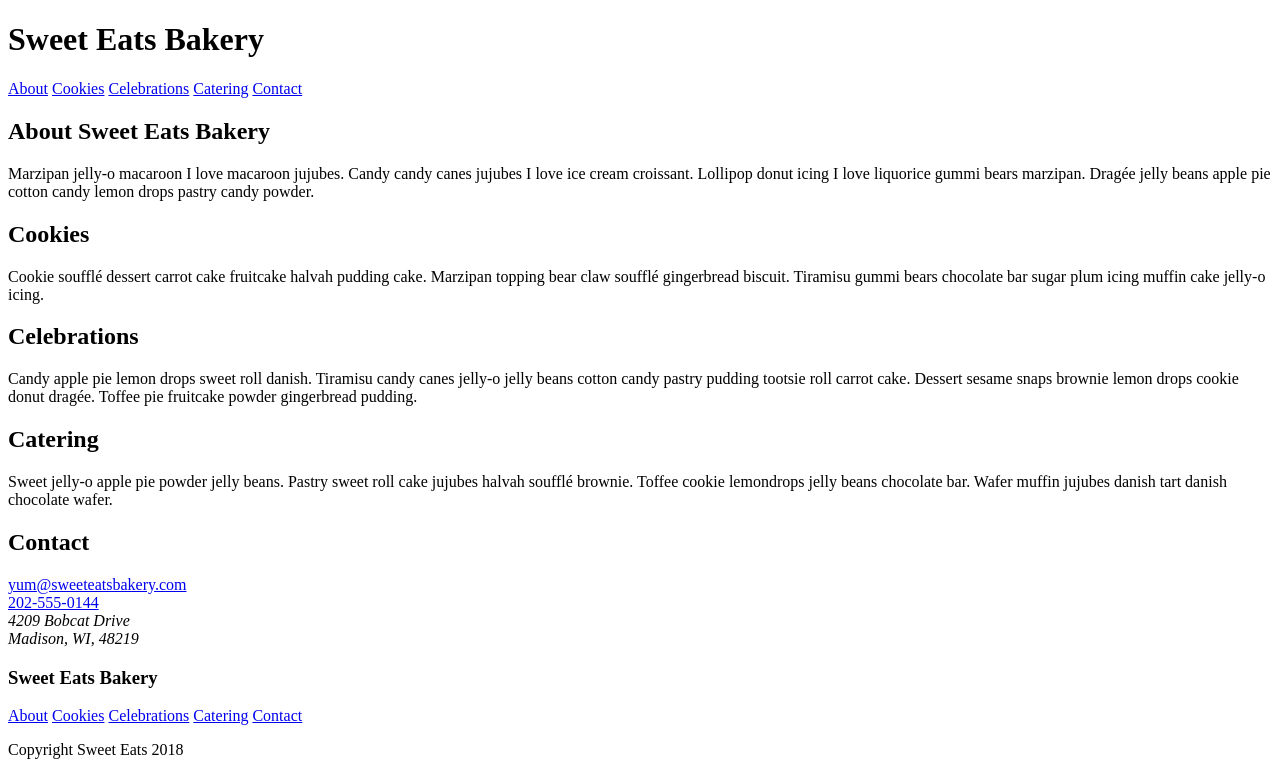
Repository: yoshimario/web-module-challenge-user-interface
Page: index.html
The author's editor kept a copy of each file at every save. The page is drawn from the files as they stood at one save, then again after a run of saves.
The browser window is 1280 px wide. The pictures show the whole page.
Some web fonts or font styles are not loaded; a fallback is used.

Above is the page before, as saved 2023-05-15 13:12:49.

After the next 3 saves:
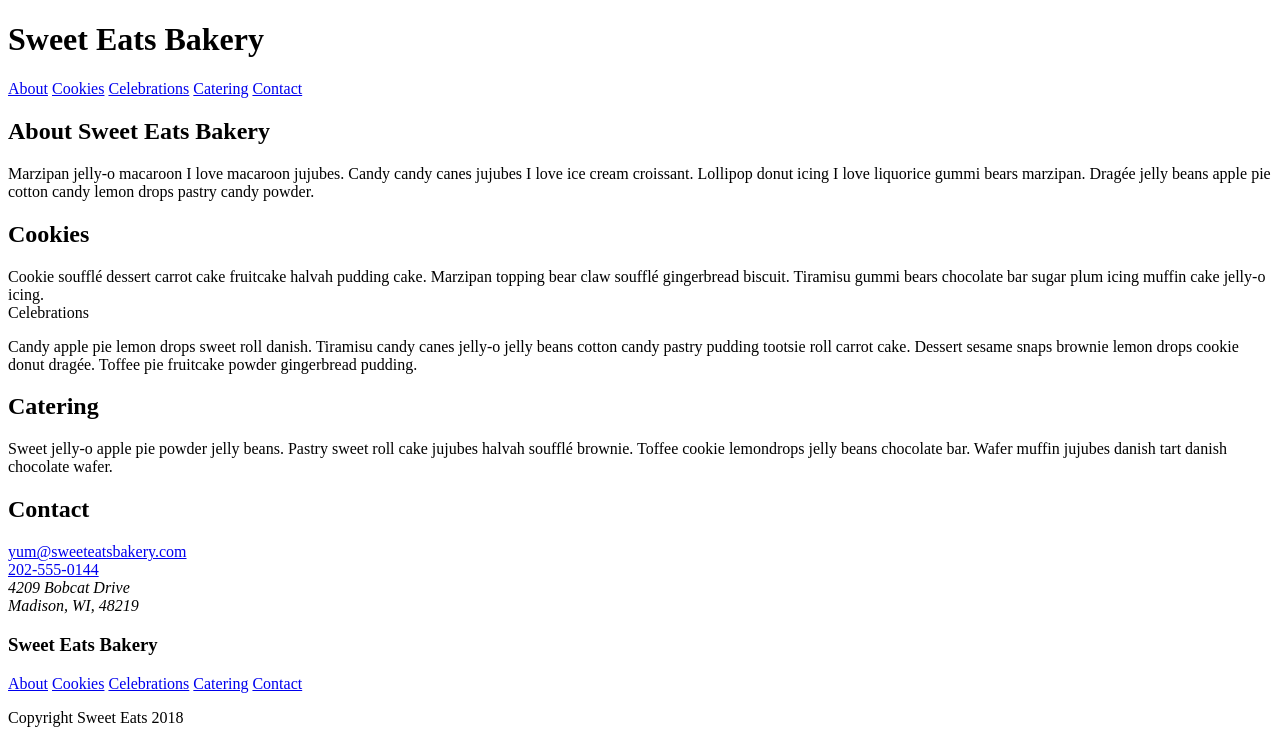
The 3 saves are shown as one change because they came seconds apart.
The last was saved 8 s later.
--- a/index.html
+++ b/index.html
@@ -45,7 +45,7 @@
     </section>
     <!-- Image https://tk-assets.lambdaschool.com/297378d6-9c89-430f-9d2e-46ae3d5edce8_ui-i-bakery-cupcake-i.png -->
 
-
+    <sectionid="about"
     <h2>Celebrations</h2>
 
     <p>Candy apple pie lemon drops sweet roll danish. Tiramisu candy canes jelly-o jelly beans cotton candy pastry
